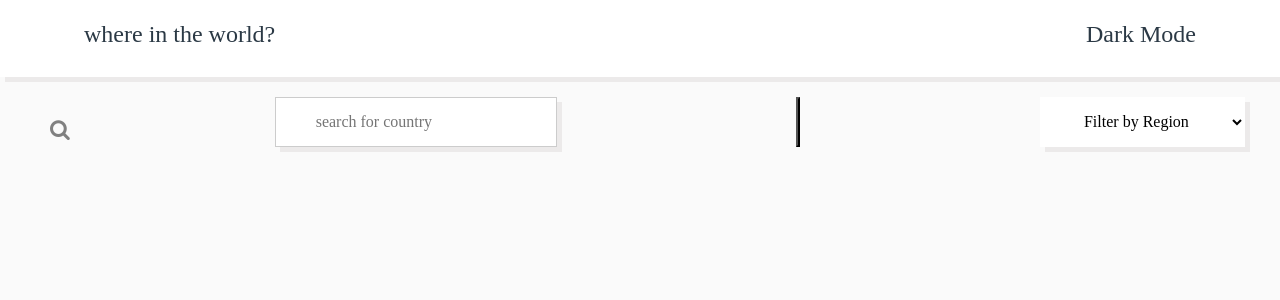
Repository: lamilekan263/countries
Page: /
The author's editor kept a copy of each file at every save. The page is drawn from the files as they stood at one save, then again after a run of saves.
The browser window is 1280 px wide. The pictures show the whole page.
The page's requests for data from a server got no answer. The project was rebuilt for these pictures with package versions that can differ from the ones it lists, and the page was loaded fresh each time. No one was signed in, and anything a server would have sent is missing. Also part of the build but not shown: src/components/country/country.css, src/components/country/country.jsx, src/components/selectCountryRegion/selectCountryRegion.component.jsx.

Above is the page before, as saved 2020-07-30 16:35:06.

After the next 3 saves:
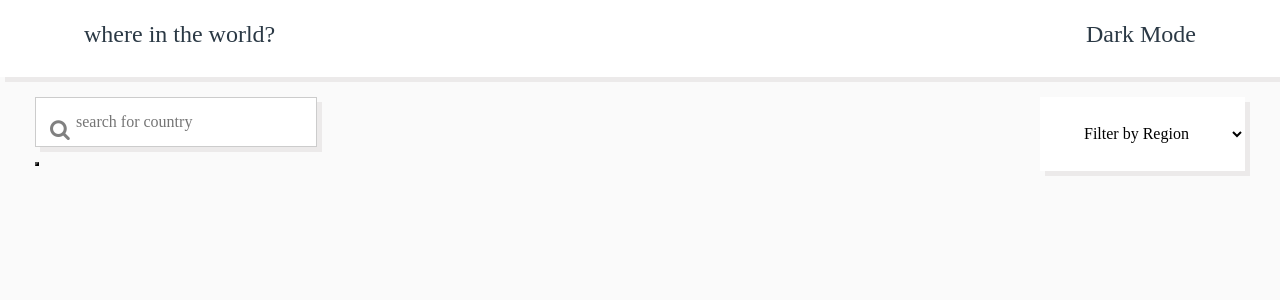
The 3 saves are shown as one change because they came seconds apart.
The last was saved 12 s later.
--- a/src/components/form.component/form.component.jsx
+++ b/src/components/form.component/form.component.jsx
@@ -18,9 +18,10 @@ const MyForm =props =>{
     return(
         <div className="container-fluid">
             <form className="myForm" onSubmit = {onSubmit}>
-                <div></div>
+                <div>
                     <Input onHandleChange={props.handleChange}/>
                     <button></button>
+                 </div>
                     <select name="Filter by Region">
                         <option value="">Filter by Region</option>
                         <option value="Africa">Africa</option>
